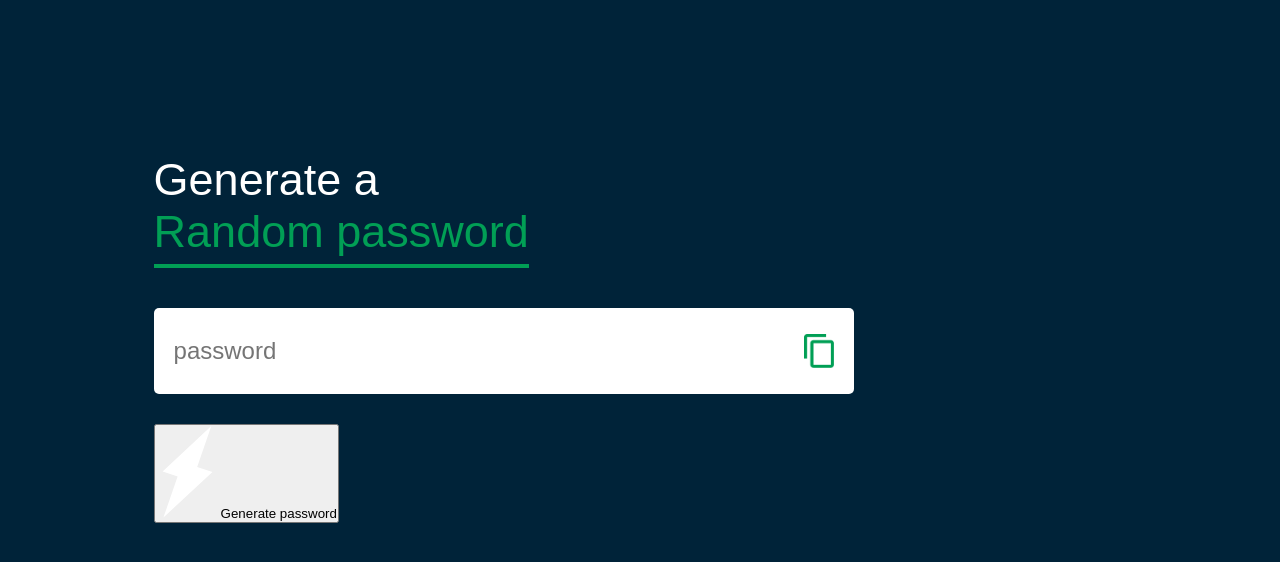
Repository: YAAMAR/password-generator
Page: Random password/index.html
These files come from the project's save history. The page is drawn as it stood at one moment and after a run of saves; the edit follows.
The browser window is 1280 px wide. The pictures show the whole page.

Above is the page before, as saved 2024-05-02 19:12:28.

After the next 13 saves:
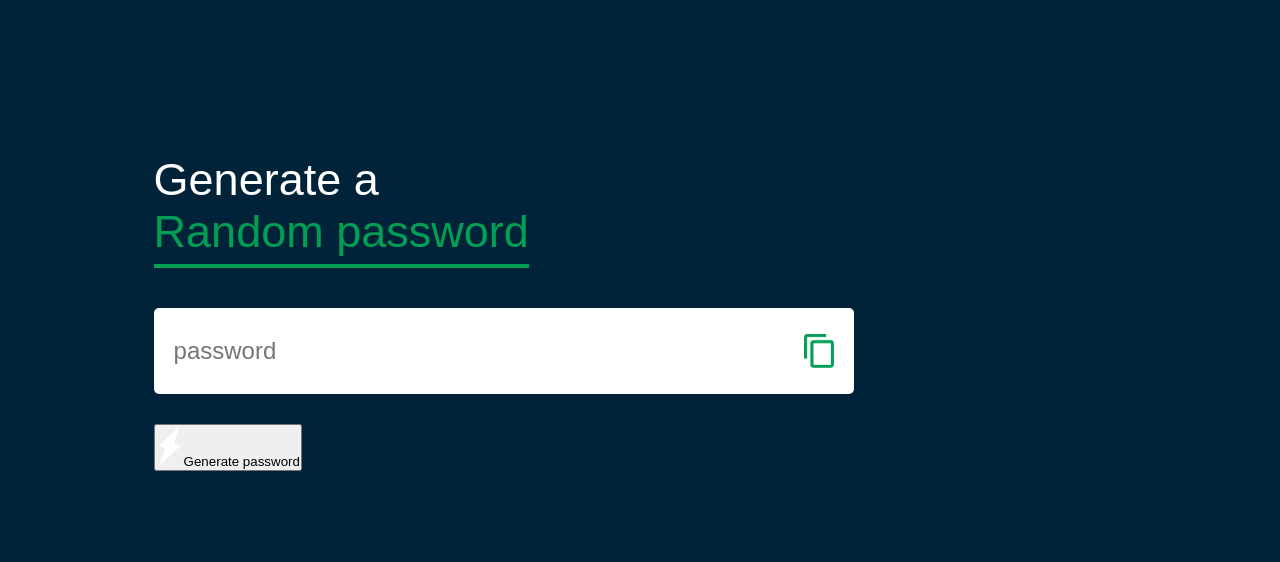
The 13 saves are shown as one change because they came seconds apart.
The last was saved 30 s later.
--- a/Random password/style.css
+++ b/Random password/style.css
@@ -44,6 +44,8 @@ border-radius: 5px;
     outline: 0;
     font-size: 24px;
 }
-.container img{
+.container button img{
+    width: 28px;
+    m
 
 }
